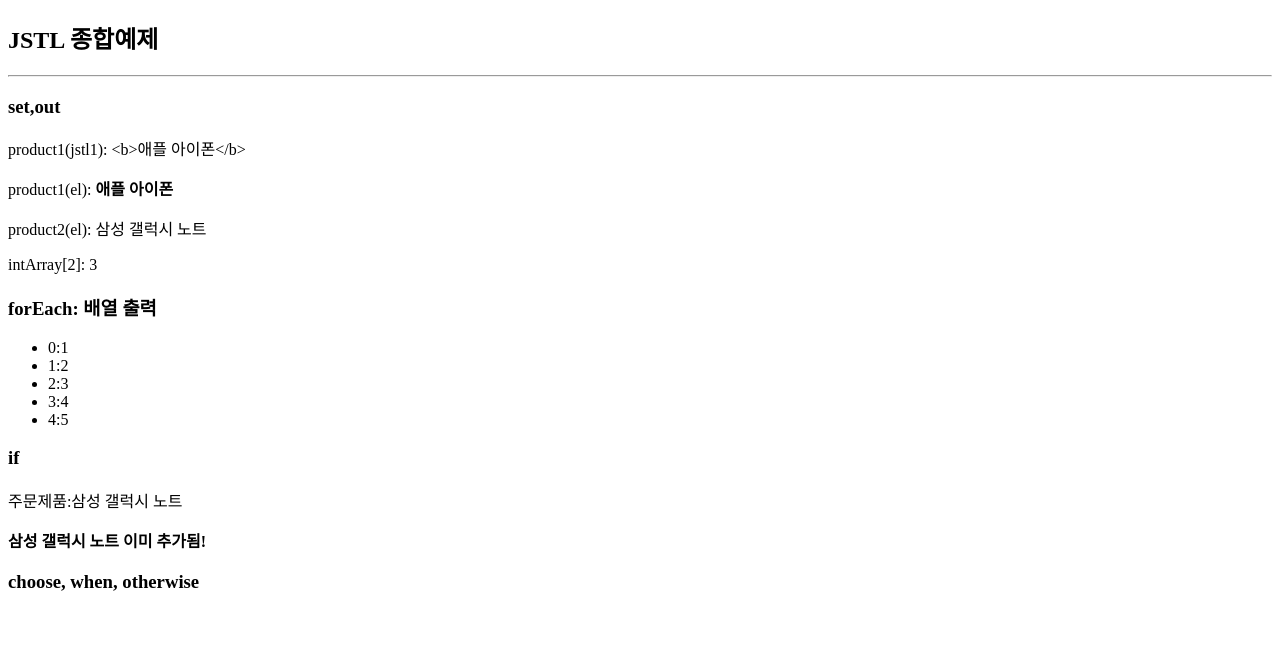
Repository: heezzanggg/JSPWebProgramming
Page: http://localhost/jwbook/ch07/jstlExam.jsp
An editor plug-in stored every save of this project. The page is shown before and after a run of saves, followed by the edit.
The browser window is 1280 px wide. The pictures show the whole page.
The page is served by Tomcat 9. Other server files are loaded and not shown.

Above is the page before, as saved 2023-03-27 18:29:33.

### JSPWebProgramming/jwbook/src/main/webapp/ch07/jstlExam.jsp
<%@ page language="java" contentType="text/html; charset=UTF-8"
    pageEncoding="UTF-8"%>
<%@ taglib uri="http://java.sun.com/jsp/jstl/core" prefix="c" %>
<!DOCTYPE html>
<html>
<head>
<meta charset="UTF-8">
<title>JSTL 종합예제</title>
</head>
<body>
	<h2>JSTL 종합예제</h2>
	<hr>

	<!-- set,out -->
	<h3>set,out</h3>
	<c:set var="product1" value="<b>애플 아이폰</b>" />
	<c:set var="product2" value="삼성 갤럭시 노트"/>
	<c:set var="intArray" value="${[1,2,3,4,5]}"/>

	<p>
		product1(jstl1):
		<c:out value="${product1}" default="Not registered" escapeXml="true" />
	</p>
	<p>product1(el): ${product1}</p>
	<p>product2(el): ${product2}</p>
	<p>intArray[2]: ${intArray[2]}</p>

	<!-- forEach -->
	<h3>forEach: 배열 출력</h3>
	<ul>
		<c:forEach var="num" varStatus="i" items="${intArray}">
			<li>${i.index}:${num}</li>
		</c:forEach>
	</ul>

	<!-- if -->
	<h3>if</h3>
	<c:set var="checkout" value="true"/>
	<c:if test="${checkout}">
		<p>주문제품:${product2}</p>
	</c:if>
	<c:if test="${!checkout}">
		<p>주문제품이아님!!</p>
	</c:if>

	<c:if test="${!empty product2}">
		<p> <b>${product2} 이미 추가됨!</b></p>
	</c:if>

	<!-- choose,when,otherwise -->
	<h3>choose, when, otherwise</h3>

</body>
</html>

After the next 2 saves:
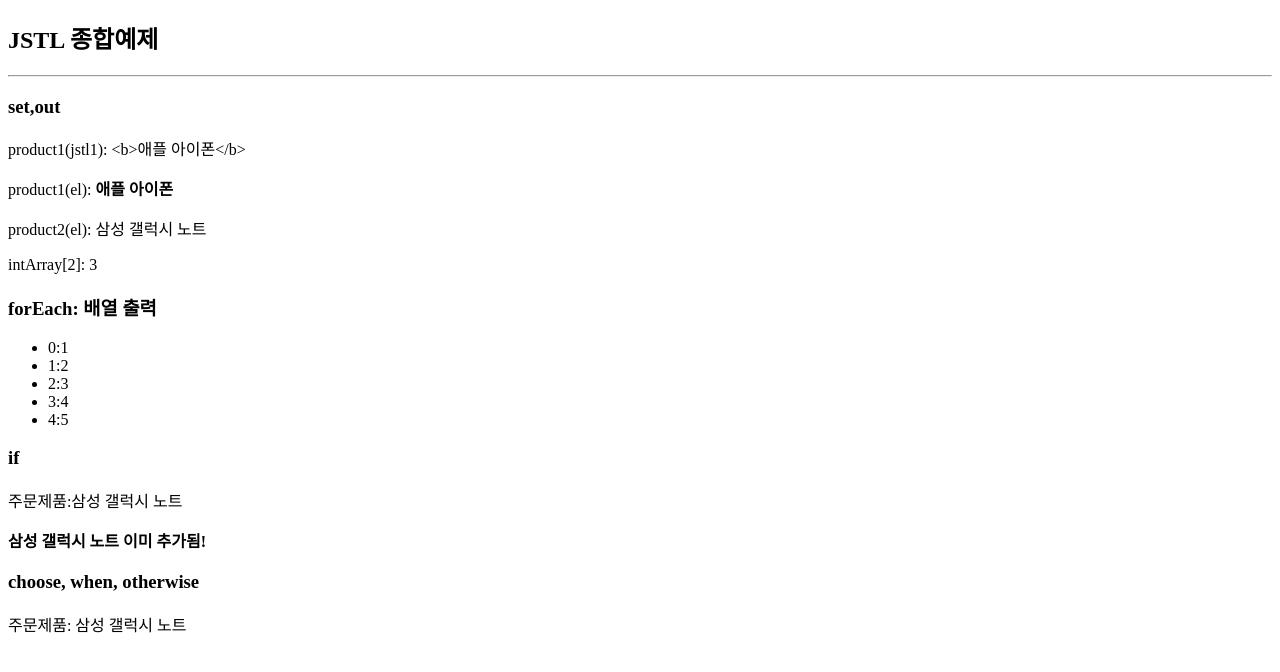
The 2 saves are shown as one change because 1 did not build or start.
The last was saved 54 s later.
--- a/JSPWebProgramming/jwbook/src/main/webapp/ch07/jstlExam.jsp
+++ b/JSPWebProgramming/jwbook/src/main/webapp/ch07/jstlExam.jsp
@@ -49,6 +49,11 @@
 
 	<!-- choose,when,otherwise -->
 	<h3>choose, when, otherwise</h3>
+	<c:choose>
+		<c:when test="${ checkout }">
+			<p>주문제품: ${ product2 }</p>
+		</c:when>
+	</c:choose>
 
 </body>
 </html>
